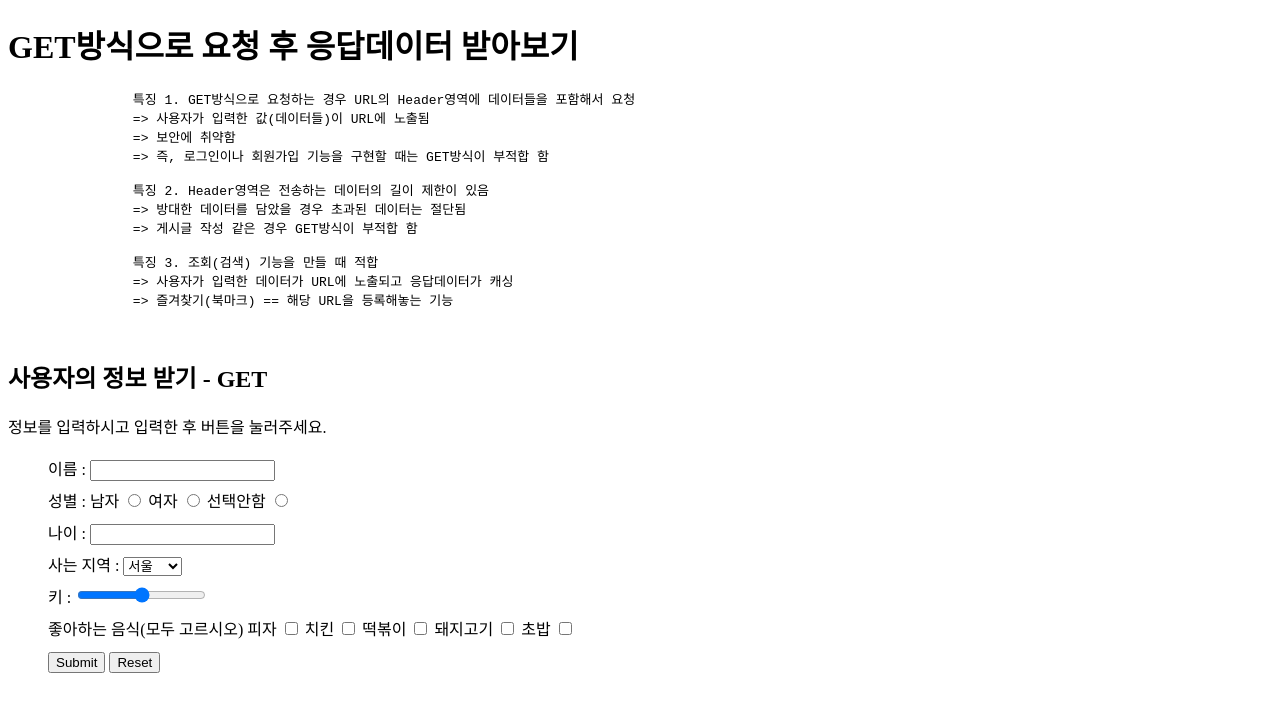
Repository: Rostreaca/0922_Web
Page: MyFirstWebProject/src/main/webapp/views/request_get.html
These files come from the project's save history. The page is drawn as it stood at one moment and after the next save; the edit follows.
The browser window is 1280 px wide. The pictures show the whole page.

Above is the page before, as saved 2025-09-22 08:22:25.

### MyFirstWebProject/src/main/webapp/views/request_get.html
<!DOCTYPE html>
<html>
<head>
<meta charset="UTF-8">
<title>Get 방식 요청 테스트</title>
<style>
	ul {
		list-style : none;
		line-height : 200%;
	}
</style>
</head>
<body>
	<h1>GET방식으로 요청 후 응답데이터 받아보기</h1>

	<pre>
		특징 1. GET방식으로 요청하는 경우 URL의 Header영역에 데이터들을 포함해서 요청
		=> 사용자가 입력한 값(데이터들)이 URL에 노출됨
		=> 보안에 취약함
		=> 즉, 로그인이나 회원가입 기능을 구현할 때는 GET방식이 부적합 함

		특징 2. Header영역은 전송하는 데이터의 길이 제한이 있음
		=> 방대한 데이터를 담았을 경우 초과된 데이터는 절단됨
		=> 게시글 작성 같은 경우 GET방식이 부적합 함

		특징 3. 조회(검색) 기능을 만들 때 적합
		=> 사용자가 입력한 데이터가 URL에 노출되고 응답데이터가 캐싱
		=> 즐겨찾기(북마크) == 해당 URL을 등록해놓는 기능

	</pre>

	<h2> 사용자의 정보 받기 - GET </h2>
	<p>정보를 입력하시고 입력한 후 버튼을 눌러주세요.</p>

	<form method="get">
		<ul>
			<li>
				이름 : <input type="text" name="name" />
			</li>
			<li>
				성별 :
				남자 <input type="radio" name="gender" value="남" />
				여자 <input type="radio" name="gender" value="여" />
				선택안함 <input type="radio" name="gender" value="선택안함" />
			</li>
			<li>
				나이 : <input type="number" name="age"/>
			</li>
			<li>
				사는 지역 :
				<select name="city">
					<option>서울</option>
					<option>제주도</option>
				</select>
			</li>
			<li>
				키 : <input type="range" min="130" max="220" name="height"/>
			</li>
			<li>
				좋아하는 음식(모두 고르시오)
				피자 <input type="checkbox" name="food" value="피자"/>
				치킨 <input type="checkbox" name="food" value="치킨"/>
				떡볶이 <input type="checkbox" name="food"value="떡볶이"/>
				돼지고기 <input type="checkbox" name="food"value="돼지고기"/>
				초밥 <input type="checkbox" name="food"value="초밥"/>
			</li>
			<li>
				<input type="submit" />
				<input type="reset" />
			</li>

		</ul>
	</form>



</body>
</html>

After the next save:
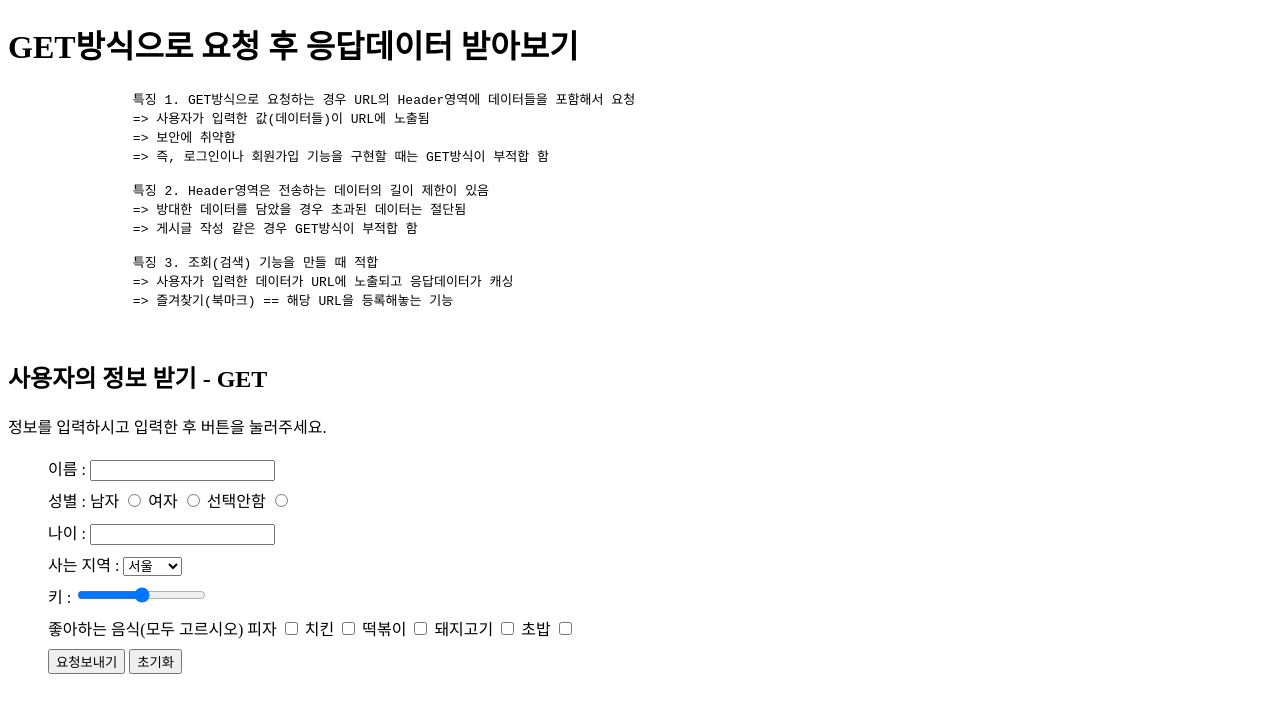
Saved 31 s later.
--- a/MyFirstWebProject/src/main/webapp/views/request_get.html
+++ b/MyFirstWebProject/src/main/webapp/views/request_get.html
@@ -65,8 +65,8 @@
 				초밥 <input type="checkbox" name="food"value="초밥"/>
 			</li>
 			<li>
-				<input type="submit" />
-				<input type="reset" />
+				<input type="submit" value="요청보내기"/>
+				<input type="reset" value="초기화"/>
 			</li>
 
 		</ul>
